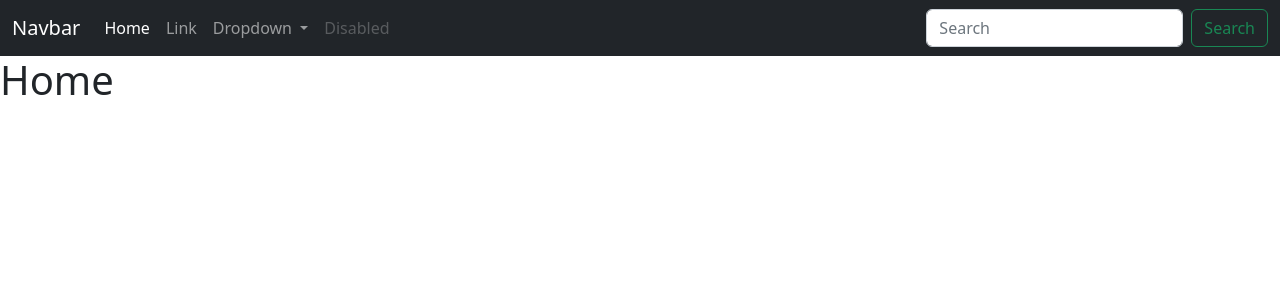
Repository: BlessingAjiboye/WEEK3SECNNN
Page: http://localhost/
These files come from the project's save history. The page is drawn as it stood at one moment and after the next save; the edit follows.
The browser window is 1280 px wide. The pictures show the whole page.
The page is served by the project's Node server (server.js).

Above is the page before, as saved 2022-09-22 09:28:15.

After the next save:
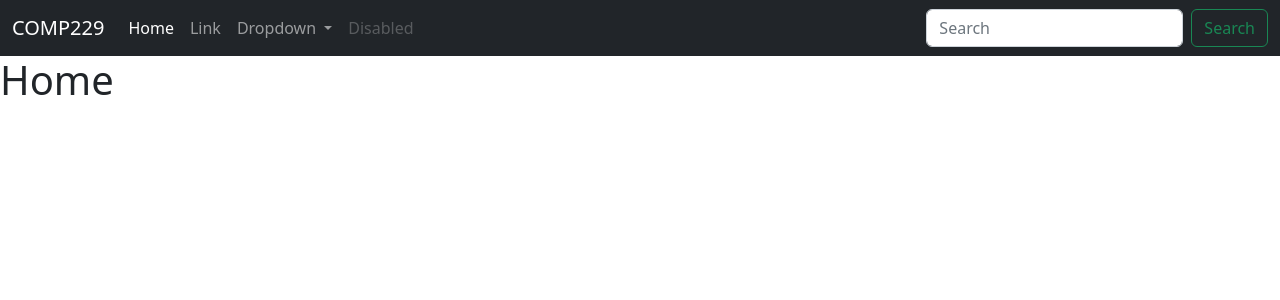
Saved 40 s later.
--- a/views/index.ejs
+++ b/views/index.ejs
@@ -12,7 +12,7 @@
 <body>
   <nav class="navbar navbar-expand-lg navbar-dark bg-dark">
     <div class="container-fluid">
-      <a class="navbar-brand" href="#">Navbar</a>
+      <a class="navbar-brand" href="#">COMP229</a>
       <button class="navbar-toggler" type="button" data-bs-toggle="collapse" data-bs-target="#navbarSupportedContent" aria-controls="navbarSupportedContent" aria-expanded="false" aria-label="Toggle navigation">
         <span class="navbar-toggler-icon"></span>
       </button>
